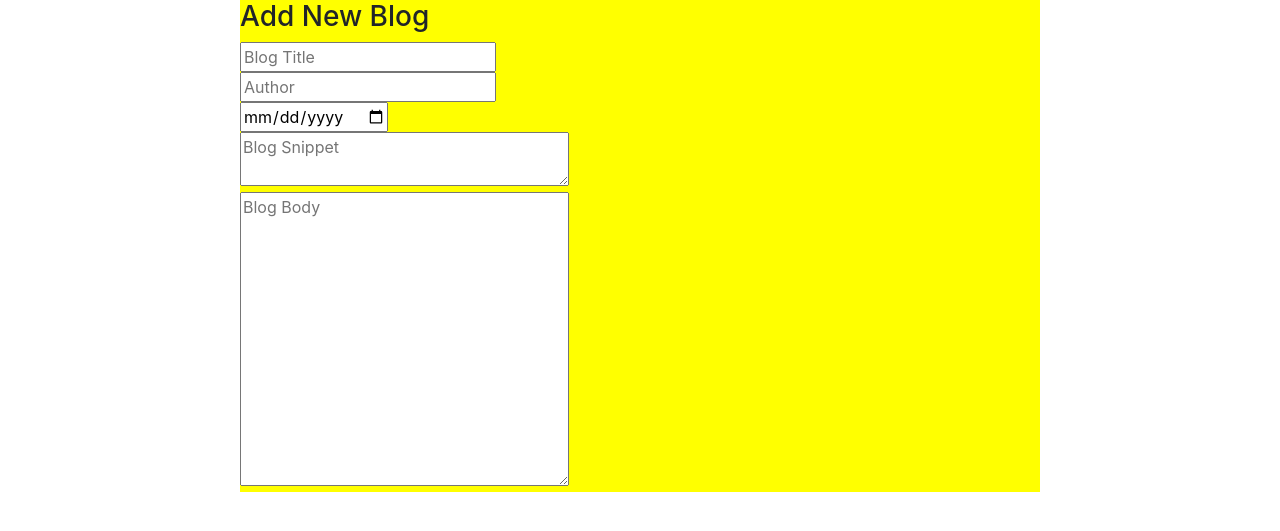
Repository: just-mann/just-blog
Page: http://localhost/add-blog
An editor plug-in stored every save of this project. The page is shown before and after the next save, followed by the edit.
The browser window is 1280 px wide. The pictures show the whole page.
The page is served by the project's Node server (index.js).

Above is the page before, as saved 2022-01-29 12:30:50.

After the next save:
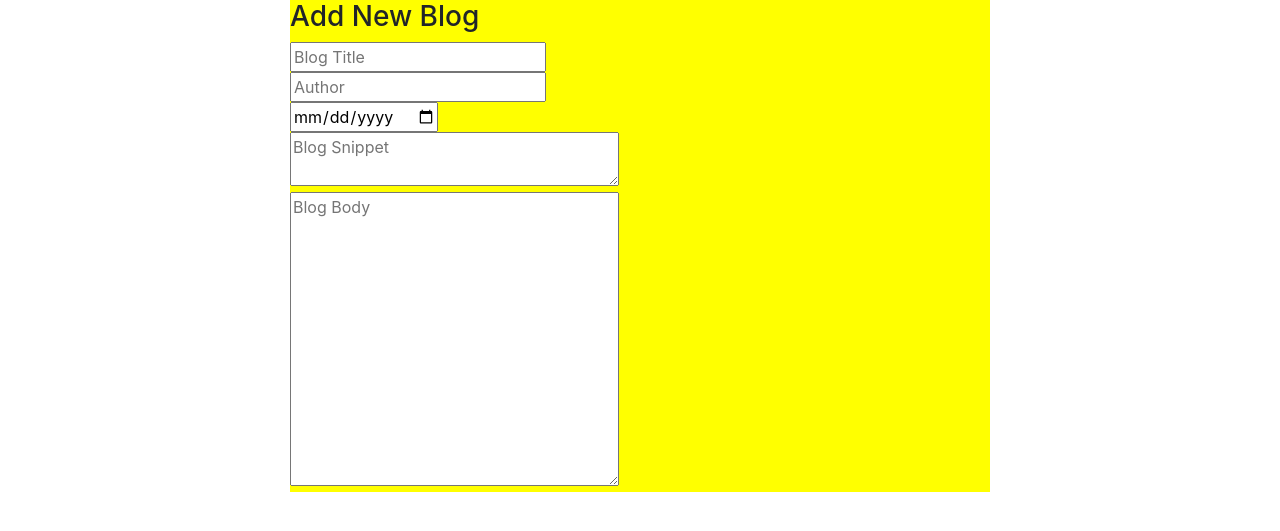
Saved 18 s later.
--- a/public/app.css
+++ b/public/app.css
@@ -1,7 +1,7 @@
 
 
 .addBlog {
-    max-width: 800px;
+    max-width: 700px;
     margin: auto;
     background: yellow;
 }
